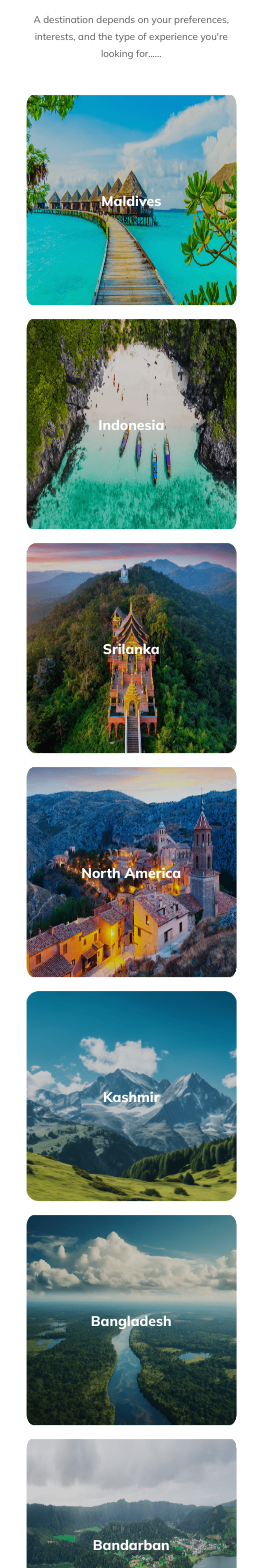
Repository: ShouravAhammed/Assignment-2
Page: index.html
These files come from the project's save history. The page is drawn as it stood at one moment and after the next save; the edit follows.
The browser window is 375 px wide. The pictures show the part of the page from y = 1807 to 4047 px (the page is 4167 px tall), at 70% of full size.
Some web libraries are served in a nearby version.

Above is the page before, as saved 2024-01-16 16:23:33.

After the next save:
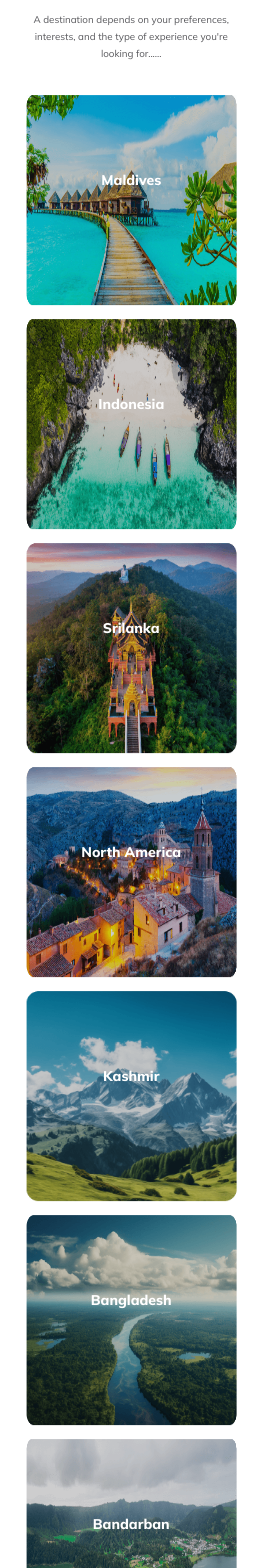
Saved 63 s later.
--- a/styles/style.css
+++ b/styles/style.css
@@ -402,6 +402,9 @@
         grid-column: 1/ span 12;
         grid-row: 7/ span 1;
     }
+    .destination-img{
+        height: 80%;
+    }
     .destination-img .destination-img-title {
         font-size: 1.25rem;
     }

After the save that followed:
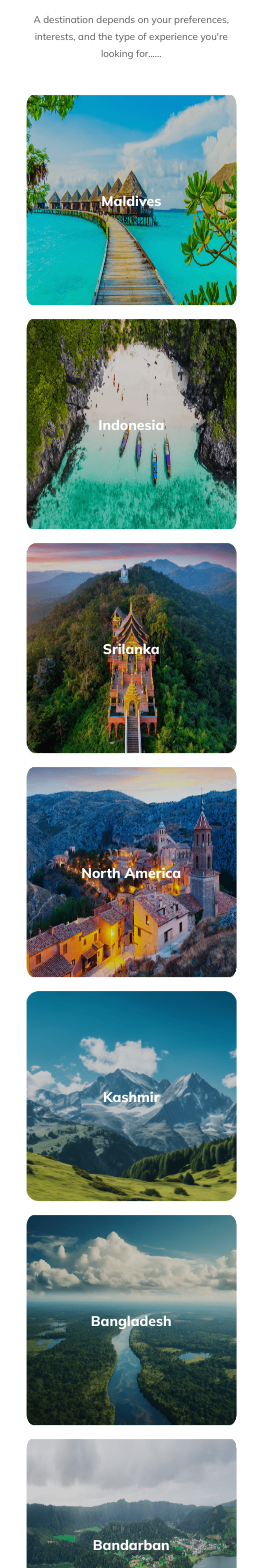
Saved 15 s later.
--- a/styles/style.css
+++ b/styles/style.css
@@ -402,9 +402,6 @@
         grid-column: 1/ span 12;
         grid-row: 7/ span 1;
     }
-    .destination-img{
-        height: 80%;
-    }
     .destination-img .destination-img-title {
         font-size: 1.25rem;
     }
